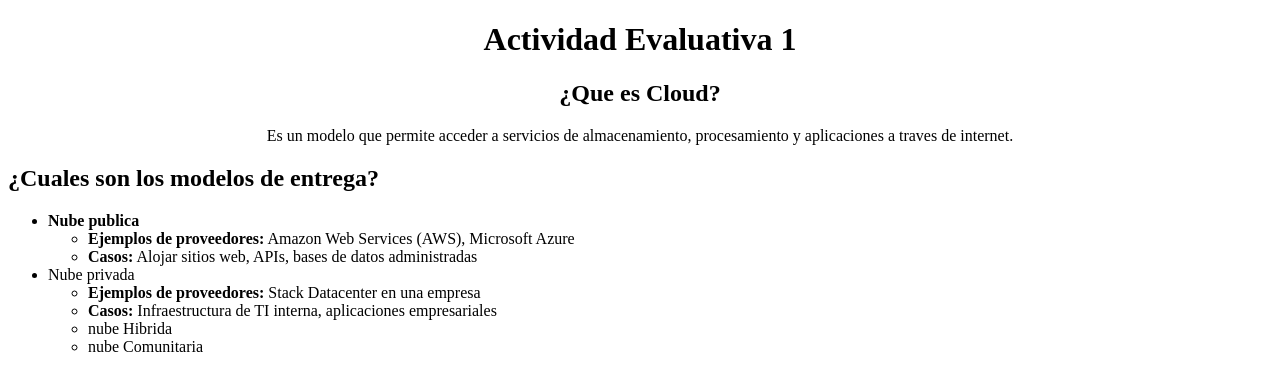
Repository: Laura-Oliveros/Actividad-Evaluativa-1
Page: LauSebas.html
The author's editor kept a copy of each file at every save. The page is drawn from the files as they stood at one save, then again after a run of saves.
The browser window is 1280 px wide. The pictures show the whole page.

Above is the page before, as saved 2025-09-04 19:03:15.

### LauSebas.html
<!DOCTYPE html>
<html lang="en">
<head>
    <meta charset="UTF-8">
    <meta name="viewport" content="width=device-width, initial-scale=1.0">
    <title>Actividad Evaluativa 1</title>
</head>
<body>
    <div class="contenedor" style="text-align: center;">
        <h1>Actividad Evaluativa 1</h1>
        <h2>¿Que es Cloud?</h2>
        <p>Es un modelo que permite acceder a servicios de almacenamiento, procesamiento y aplicaciones a traves de internet.</p>
    </div>

    <div class="contenedor" style="text-align: left;">
        <h2>¿Cuales son los modelos de entrega?</h2>
        <ul>
            <li><strong>Nube publica</strong></li>
            <ul>
                <li><strong>Ejemplos de proveedores:</strong> Amazon Web Services (AWS), Microsoft Azure</li>
                <li><strong>Casos:</strong> Alojar sitios web, APIs, bases de datos administradas</li>
            </ul>

            <li>Nube privada</li>
            <ul>
                <li><strong>Ejemplos de proveedores:</strong> Stack Datacenter en una empresa</li>
                <li><strong>Casos:</strong> Infraestructura de TI interna, aplicaciones empresariales</li>

            <li>nube Hibrida</li>
            <li>nube Comunitaria</li>
        </ul>

</body>
</html>

After the next 2 saves:
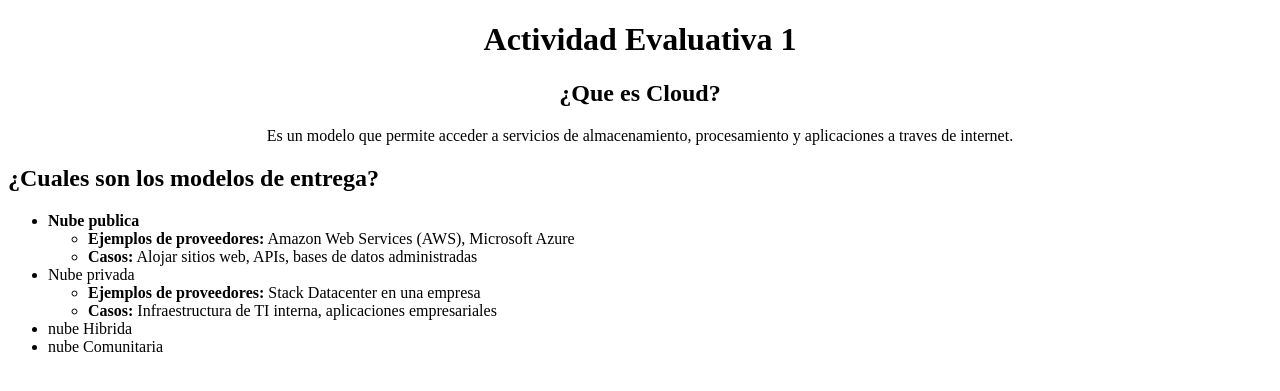
The 2 saves are shown as one change because they came seconds apart.
The last was saved 8 s later.
--- a/LauSebas.html
+++ b/LauSebas.html
@@ -25,6 +25,7 @@
             <ul>
                 <li><strong>Ejemplos de proveedores:</strong> Stack Datacenter en una empresa</li>
                 <li><strong>Casos:</strong> Infraestructura de TI interna, aplicaciones empresariales</li>
+            </ul>
 
             <li>nube Hibrida</li>
             <li>nube Comunitaria</li>
